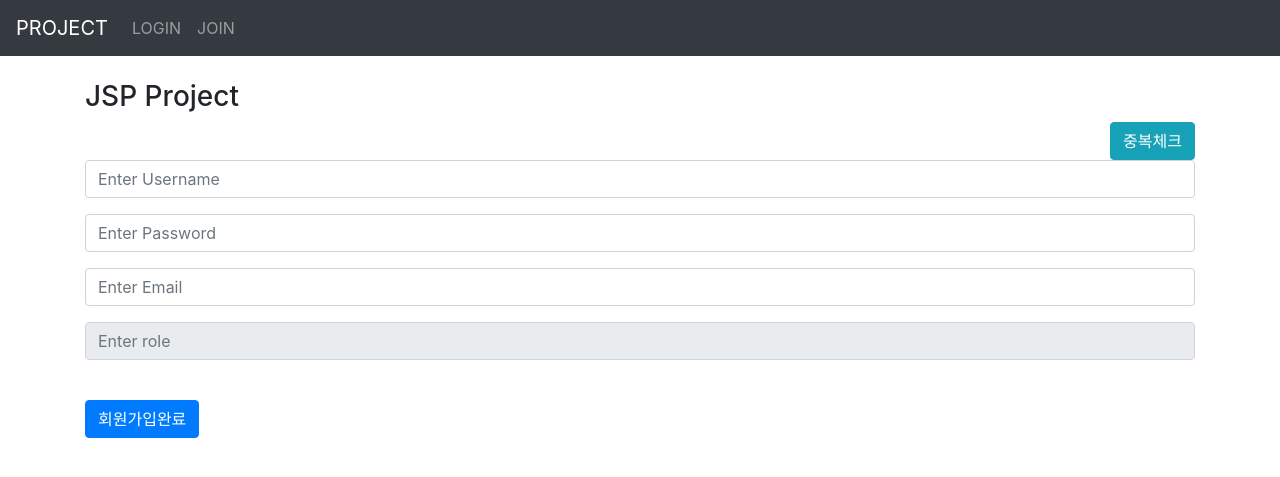
Repository: KuTaeMo/JSP-Project
Page: http://localhost/project/user/join.jsp
These files come from the project's save history. The page is drawn as it stood at one moment and after the next save; the edit follows.
The browser window is 1280 px wide. The pictures show the whole page.
The page is served by Tomcat 9.

Above is the page before, as saved 2021-01-12 02:15:54.

After the next save:
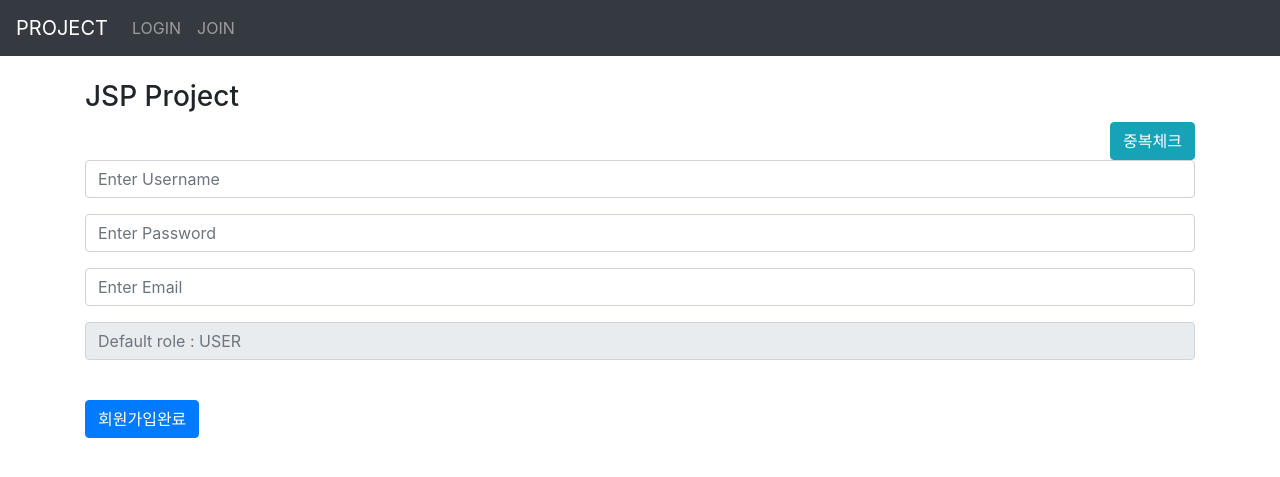
Saved 16 s later.
--- a/project/WebContent/user/join.jsp
+++ b/project/WebContent/user/join.jsp
@@ -26,7 +26,7 @@
 
 		<div class="form-group">
 			<input type="text" name="role" id="role" class="form-control"
-				placeholder="Enter role" required readonly />
+				placeholder="Default role : USER" required readonly />
 		</div>
 		<br />
 		<button type="submit" class="btn btn-primary">회원가입완료</button>
